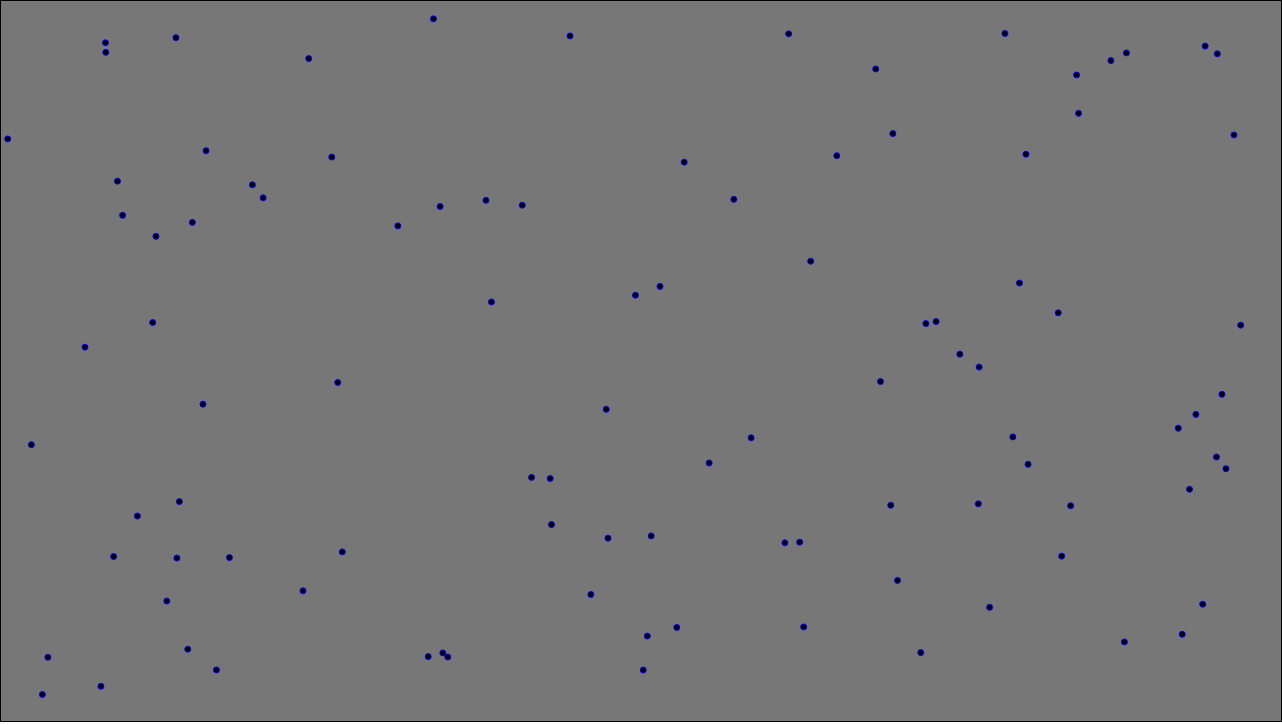
Repository: tenlekdan/particle-effect
Page: inidex.html
The author's editor kept a copy of each file at every save. The page is drawn from the files as they stood at one save, then again after the next save.
The browser window is 1280 px wide. The page is 1282 px wide, so the pictures cover 1282 px, including what lies to the right of the window. The pictures show the whole page.

Above is the page before, as saved 2019-12-26 23:11:29.

### inidex.html
<!DOCTYPE html>
<html lang="en">

<head>
    <meta charset="UTF-8">
    <meta name="viewport" content="width=device-width, initial-scale=1.0">
    <meta http-equiv="X-UA-Compatible" content="ie=edge">
    <title>Document</title>
    <style type="text/css">
        *{
            margin: 0;
            padding: 0;
            box-sizing: inherit;
        }
        html{
            font-size: 60.2%;
        }

        body{
            font-size: 1rem;
            font-family: 'Courier New', Courier, monospace;
            box-sizing: border-box;
        }
        canvas {
            border: solid 1px;
            background-color: #777;
        }
    </style>
</head>

<body>
    <canvas></canvas>

    <script src="canvas.js"></script>

</body>

</html>

### canvas.js


(function () {
    var canvas = document.querySelector('canvas');

    canvas.width = window.innerWidth;
    canvas.height = window.innerHeight;

    var c = canvas.getContext('2d');
    // c.fillRect(x, y, width, height);
    // c.fillRect(100, 100, 50, 50);

    // // lines
    // c.beginPath();
    // c.moveTo(10, 170);
    // c.lineTo(100, 300);
    // c.stroke();

    let mouse = {
        x: undefined,
        y: undefined
    }

    window.addEventListener('mousemove', function (event) {
        mouse.x = event.x;
        mouse.y = event.y;
    })


    var maxRad = 50;
    var minRad = 3;
    var colorList = [
        "#ffaa33",
        "#99ffaa",
        "#00ff00",
        "#4411aa",
        "#ff1100"
    ];

    function Circle(x, y, dx, dy, radius) {
        this.x = x;
        this.y = y;
        this.dx = dx;
        this.dy = dy;
        this.radius = radius;
        this.color = colorList[Math.floor(Math.random() * colorList.length)];
        this.draw = function () {
            //draw circle
            c.beginPath();
            c.arc(this.x, this.y, this.radius, 0, Math.PI * 2, false);
            c.strokeStyle = 'blue';
            c.fillStyle =
            c.fill();
            c.stroke();
        }

        this.update = function () {
            if (this.x + this.radius > innerWidth || this.x - this.radius <= 0) {
                this.dx = -this.dx;
            }
            if (this.y + this.radius > innerHeight || this.y - this.radius <= 0) {
                this.dy = -this.dy;
            }

            this.x += this.dx;
            this.y += this.dy;

            //interactivity
            if (mouse.x - this.x < 50 && mouse.x - this.x > -50 &&
                mouse.y - this.y < 50 && mouse.y - this.y > -50) {
                if (this.radius < maxRad)
                    this.radius += 1;
            }
            else if (this.radius > minRad) {
                this.radius -= 1;
            }


            this.draw();
        }
    }


    let circleList = [];

    for (let i = 0; i < 100; i++) {
        let radius = 30;
        let x = Math.random() * (innerWidth - radius * 2) + radius;
        let y = Math.random() * (innerHeight - radius * 2) + radius;
        let dx = (Math.random() - .5) * 8;
        let dy = (Math.random() - .5) * 8;

        circleList.push(new Circle(x, y, dx, dy, radius));
    }

    var circle = new Circle(300, 300, 5, 5, 30);

    var animate = () => {
        requestAnimationFrame(animate);
        c.clearRect(0, 0, innerWidth, innerHeight);
        for (let i = 0; i < circleList.length; i++) {
            circleList[i].update();
        }
    }

    animate();
})();

After the next save:
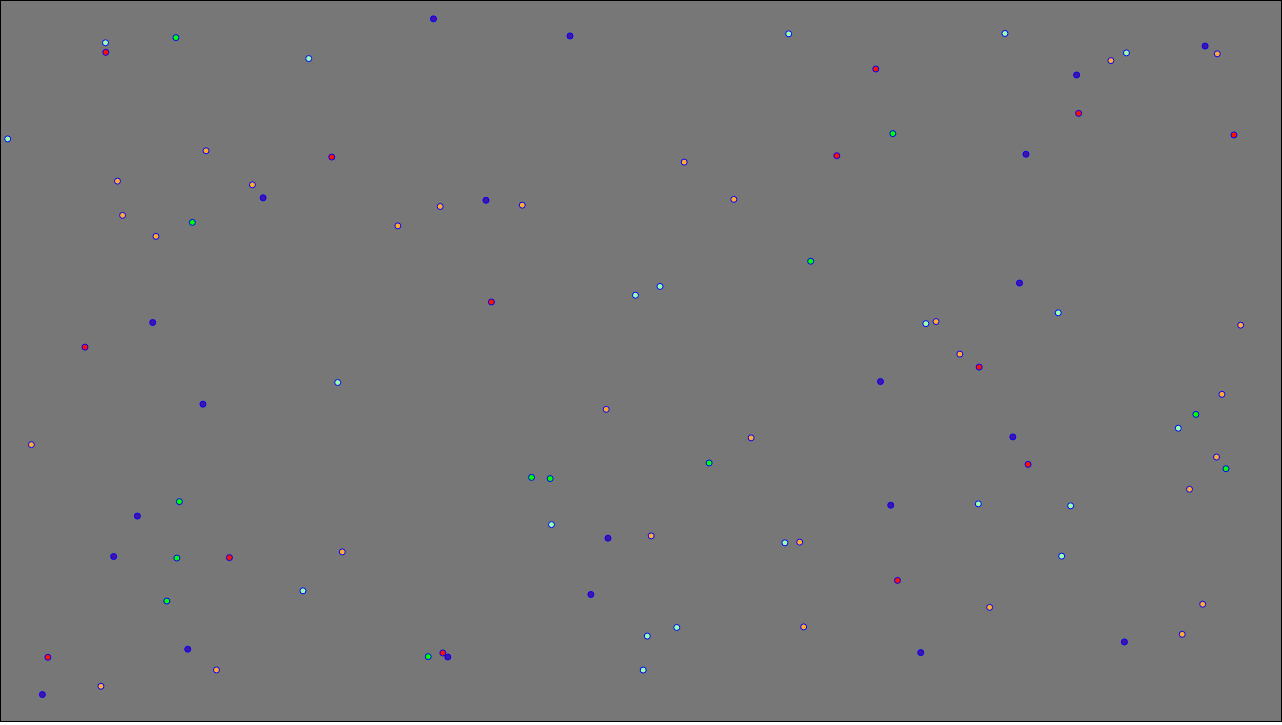
Saved 9 s later.
--- a/canvas.js
+++ b/canvas.js
@@ -49,7 +49,7 @@
             c.beginPath();
             c.arc(this.x, this.y, this.radius, 0, Math.PI * 2, false);
             c.strokeStyle = 'blue';
-            c.fillStyle =
+            c.fillStyle = this.color;
             c.fill();
             c.stroke();
         }
